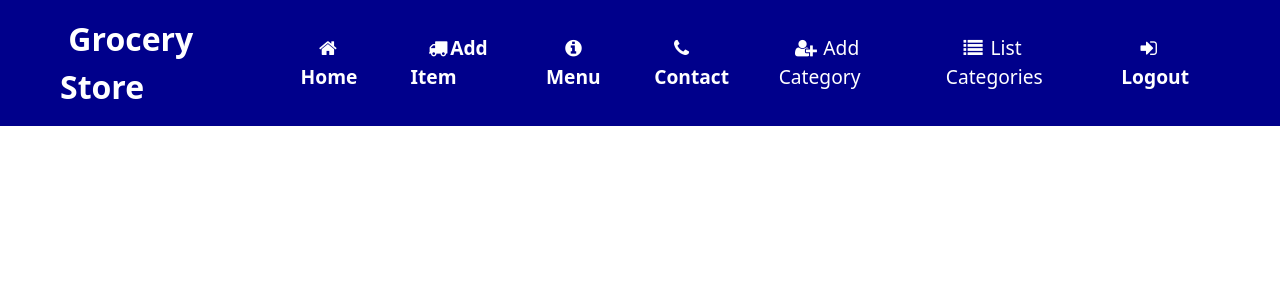
Repository: NagaMounikaY/GroceriesSubscriptionBookingManagement
Page: http://localhost/GroceriesSubBookingSystem/sellerHeader.jsp
An editor plug-in stored every save of this project. The page is shown before and after the next save, followed by the edit.
The browser window is 1280 px wide. The pictures show the whole page.
The page is served by Tomcat 9.

Above is the page before, as saved 2024-09-13 03:48:15.

After the next save:
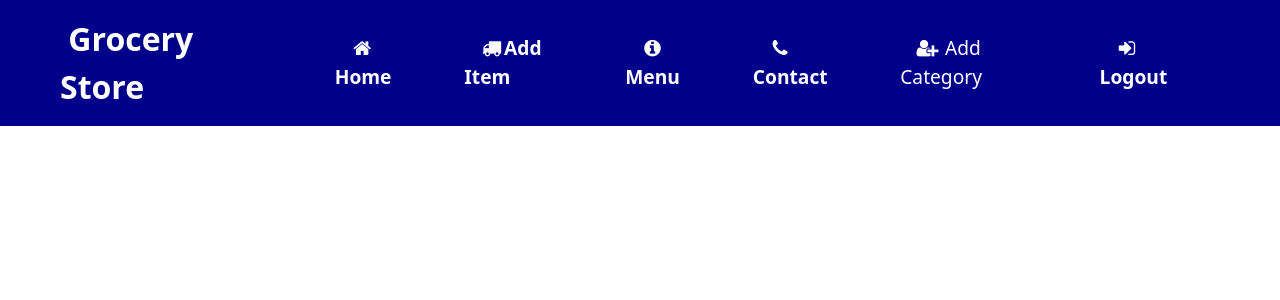
Saved 26 s later.
--- a/GroceriesSubBookingSystem/src/main/webapp/sellerHeader.jsp
+++ b/GroceriesSubBookingSystem/src/main/webapp/sellerHeader.jsp
@@ -79,10 +79,6 @@ header nav ul li a:hover {
 			<li><a
 				href="${pageContext.request.contextPath}/categories/add"><i
 					class="fa fa-fw fa-user-plus"></i> Add Category</a></li>
-			<li><a
-				href="${pageContext.request.contextPath}/categories/list"><i
-					class="fa fa-fw fa-list"></i> List Categories</a></li>
-
 
 			<li><a href="${pageContext.request.contextPath}/home.jsp"><i
 					class="fa fa-fw fa-sign-in"></i><strong>Logout</strong></a></li>
